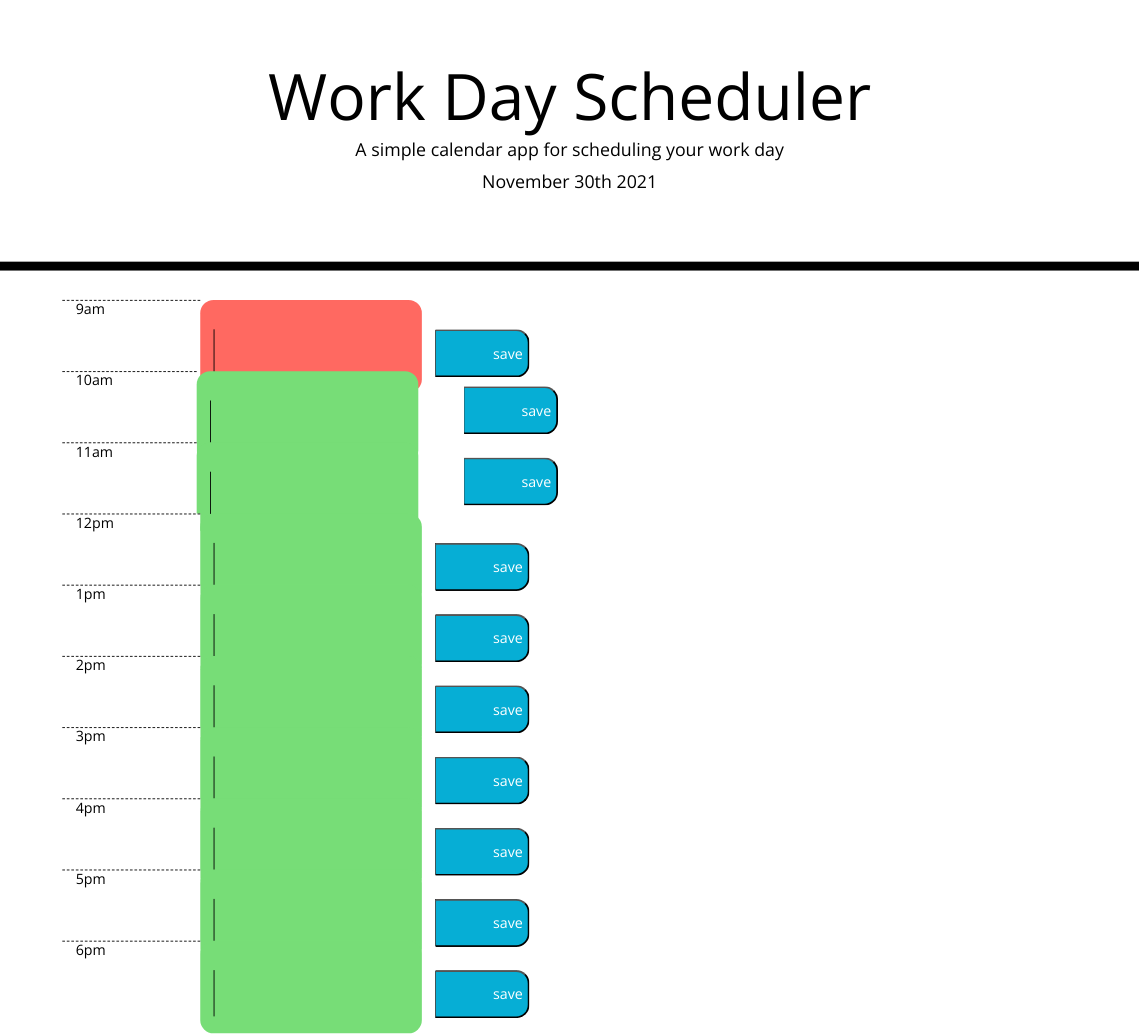
Repository: Naomilounsbury/work-day-scheduler
Page: index.html
An editor plug-in stored every save of this project. The page is shown before and after the next save, followed by the edit.
The browser window is 1280 px wide. The pictures show the whole page, at 89% of full size.
Some web libraries are served in a nearby version.

Above is the page before, as saved 2021-12-04 08:41:10.

### index.html
<!DOCTYPE html>
<html lang="en">
  <head>
    <meta charset="UTF-8" />
    <meta name="viewport" content="width=device-width, initial-scale=1.0" />
    <meta http-equiv="X-UA-Compatible" content="ie=edge" />
    <link
      rel="stylesheet"
      href="https://stackpath.bootstrapcdn.com/bootstrap/4.3.1/css/bootstrap.min.css"
    />
    <link
      rel="stylesheet"
      href="https://use.fontawesome.com/releases/v5.8.1/css/all.css"
      integrity="sha384-50oBUHEmvpQ+1lW4y57PTFmhCaXp0ML5d60M1M7uH2+nqUivzIebhndOJK28anvf"
      crossorigin="anonymous"
    />
    <link
      href="https://fonts.googleapis.com/css?family=Open+Sans&display=swap"
      rel="stylesheet"
    />
    <link rel="stylesheet" href="./assets/css/style.css" />
    <title>Work Day Scheduler</title>
  </head>

  <body>
    <header class="jumbotron">
      <h1 class="display-3">Work Day Scheduler</h1>
      <p class="lead">A simple calendar app for scheduling your work day</p>
      <p id="currentDay" class="lead"></p>
    </header>
    <div class="container">
      <!-- Timeblocks go here -->
      <table>
        <tr class="row ">
          <td class="hour col">9am</td>
          <td class="time-block col" id="9">
            <textarea id="btn9" type="text">

          </textarea>
          </td>
          <td class="col">
            <button class = "saveBtn" value="9" onclick=onSave(event)>
              save
            </button>
          </td>
        </tr>
        <tr class="row">
          <td class="hour col">10am</td>
          <td class="time-block col" id="10">
            <textarea id = "btn10">
            </textarea>
          </td>
          <td col>
            <button class = "saveBtn" value="10" onclick=onSave(event)>
              save
            </button>
          </td>
        </tr>
        <tr class="row">
          <td class="hour col">11am</td>
          <td class="time-block col" id="11">
            <textarea>
            </textarea>
          </td>
          <td col>
            <button class = "saveBtn" value="11" onclick=onSave(event)>
              save
            </button>
          </td>
        </tr>
        <tr class="row">
          <td class="hour col">12pm</td>
          <td class="time-block col" id="12">
            <textarea>
            </textarea>
          </td>
          <td class="col">
            <button class = "saveBtn" value="12" onclick=onSave(event)>
              save
            </button>
          </td>
        </tr>
        <tr class="row">
          <td class="hour col">1pm</td>
          <td class="time-block col" id="13">
            <textarea>
            </textarea>
          </td>
          <td class="col">
            <button class = "saveBtn" value="13" onclick=onSave(event)>
              save
            </button>
          </td>
        </tr>
        <tr class="row">
          <td class="hour col">2pm</td>
          <td class="time-block col" id="14">
            <textarea>
            </textarea>
          </td>
          <td class="col">
            <button class="saveBtn" value="14" onclick=onSave(event)>
              save
            </button>
          </td>
        </tr>
        <tr class="row">
          <td class="hour col">3pm</td>
          <td class="time-block col" id="15">
          <textarea>
          </textarea>
          </td>
          <td class="col">
            <button class = "saveBtn" value="15" onclick=onSave(event)>
              save
            </button>
          </td>
        </tr>
        <tr class="row">
          <td class="hour col">4pm</td>
          <td class="time-block col" id="16">
            <textarea>
            </textarea>
          </td>
          <td class= "col">
            <button class = "saveBtn" value="16" onclick=onSave(event)>
              save
            </button>
          </td>
        </tr>
        <tr class="row">
          <td class="hour col">5pm</td>
          <td class="time-block col" id="17">
            <textarea>
            </textarea>
          </td>
          <td class="col">
            <button class = "saveBtn" value="17" onclick=onSave(event)>
              save
            </button>
          </td>
        </tr>
        <tr class="row">
          <td class="hour col">6pm</td>
          <td class="time-block col" id="18">
            <textarea>
            </textarea>
          </td>
          <td class="col">
            <button class = "saveBtn" value="18" onclick=onSave(event)>
              save
            </button>
          </td>
        </tr>
      </table>
    </div>

    <script src="https://code.jquery.com/jquery-3.4.1.min.js"></script>
    <script src="https://cdnjs.cloudflare.com/ajax/libs/moment.js/2.24.0/moment.min.js"></script>
    <script src="assets/js/script.js"></script>
</body>
</html>

### assets/css/style.css
body {
  font-family: 'Open Sans', sans-serif;
  font-size: 16px;
  line-height: 1;
}

textarea{
  background: transparent;
  border: none;
  resize: none;
  color: #000000;
  border-left: 1px solid black;
  padding: 10px;
}

.jumbotron {
  text-align: center;
  background-color: transparent;
  color: black;
  border-radius: 0;
  border-bottom: 10px solid black;
}

.description{
  white-space: pre-wrap;
}

.time-block{
  text-align: center;
  border-radius: 15px;
}

.row {
  white-space: pre-wrap;
  height: 80px;
  border-top: 1px solid white;;
}

.hour {
  background-color: #ffffff;
  color: #000000;
  border-top: 1px dashed #000000;
}

.past {
  background-color: #d3d3d3;
  color: white;
}

.present {
  background-color: #ff6961;
  color: white;
}

.future {
  background-color: #77dd77;
  color: white;
}

.saveBtn {
  border-left: 1px solid black;
  border-top-right-radius: 15px;
  border-bottom-right-radius: 15px;
  background-color: #06AED5;
  color: white;
}

.saveBtn i:hover {
  font-size: 20px;
  transition: all .3s ease-in-out;
}

### assets/js/script.js
//using moment to get the current time
currentTime = moment();
//connected it to the current day spot in the html
currentDayEl = document.querySelector("#currentDay");
var displayDate = currentTime.format('MMMM Do YYYY');
//var saveBtns = document.querySelectorAll(".saveBtn");
//backticks are a way of adding dynamic things into a string when used with a dollar sign


currentDayEl.innerText = displayDate
//going to get my timeblock element
timeBlockEl = document.querySelectorAll(".time-block");
//made a function called checkTime to check the current time to compare with the time on the scheduler
var checkTime = function(currentEl){
    //will maybe hit a block because will use 24 hours as ids but if the current time that I chose from moment is 12 hours they wont match up
    var timeBlock = moment().hour(parseInt(currentEl.id))
    console.log(timeBlock)
    //if the block hour id is less than the current time hour we return the class name past
    if (timeBlock.hour() < currentTime.hour()){
        return "past"
    }
    if (timeBlock.hour() > currentTime.hour()){
        return "future"
    }
    if (timeBlock.hour()=== currentTime.hour()){
        return "present"
    }

    //if element is in the past return past
    //if element is in the future return future
    //if element is in the present return present
}
for(i=0; i<=timeBlockEl.length-1; i++){
    //timeblock elements already have the class timeblock. If we just replaced the class with future or present
    //it would erase the class, so we want to add to the class
    //check time returns the new class
    //this creates regular time-block class with past future or present added to it. like when it returns past = "time-block past"

    timeBlockEl[i].className = timeBlockEl[i].className + " " + checkTime(timeBlockEl[i])
console.log(checkTime(timeBlockEl[i]))
}
//we need a function to show us whats happening using the word on because it runs on an event
var onSave = function(event){
    console.log(event.target)
    //so I couldn't figure out why it wasn't pulling the value of the textarea
    //so we looked at w3schools and they said add a .value which honestly should have been intuitive
    //we are using backticks here hecause we want to dynamically change the id and if they click on 10, we want the id to reflect number 10
    //inside the ${} is code that will later be evaulated to a string depending on the button clicked
    console.log(document.querySelector(`#btn${event.target.value}`).value)
    if(document.querySelector(`#btn${event.target.value}`).value){
        //originally put event.target.id but then we realized we didn't have a id on the freaken button but
        //what we did have was a value so we did .value
        var timeBlockEvent = document.querySelector(`#btn${event.target.value}`).value
        localStorage.setItem(`${event.target.value}`, timeBlockEvent)

    }

}
document.querySelector(".saveBtn");

// saveData.addEventListener("click", function () {
//     var i = textarea.value
//     console.log()
//     var object = {
//         //key value pair, key being the name of the property within the object, the value being the actual data or content
//         hour: hour, text: text

//     }
    //pushing my scores onto my array
    // highScores.push(object)
    // //making my high scores object into a string
    // localStorage.setItem("highScores", JSON.stringify(highScores))

After the next save:
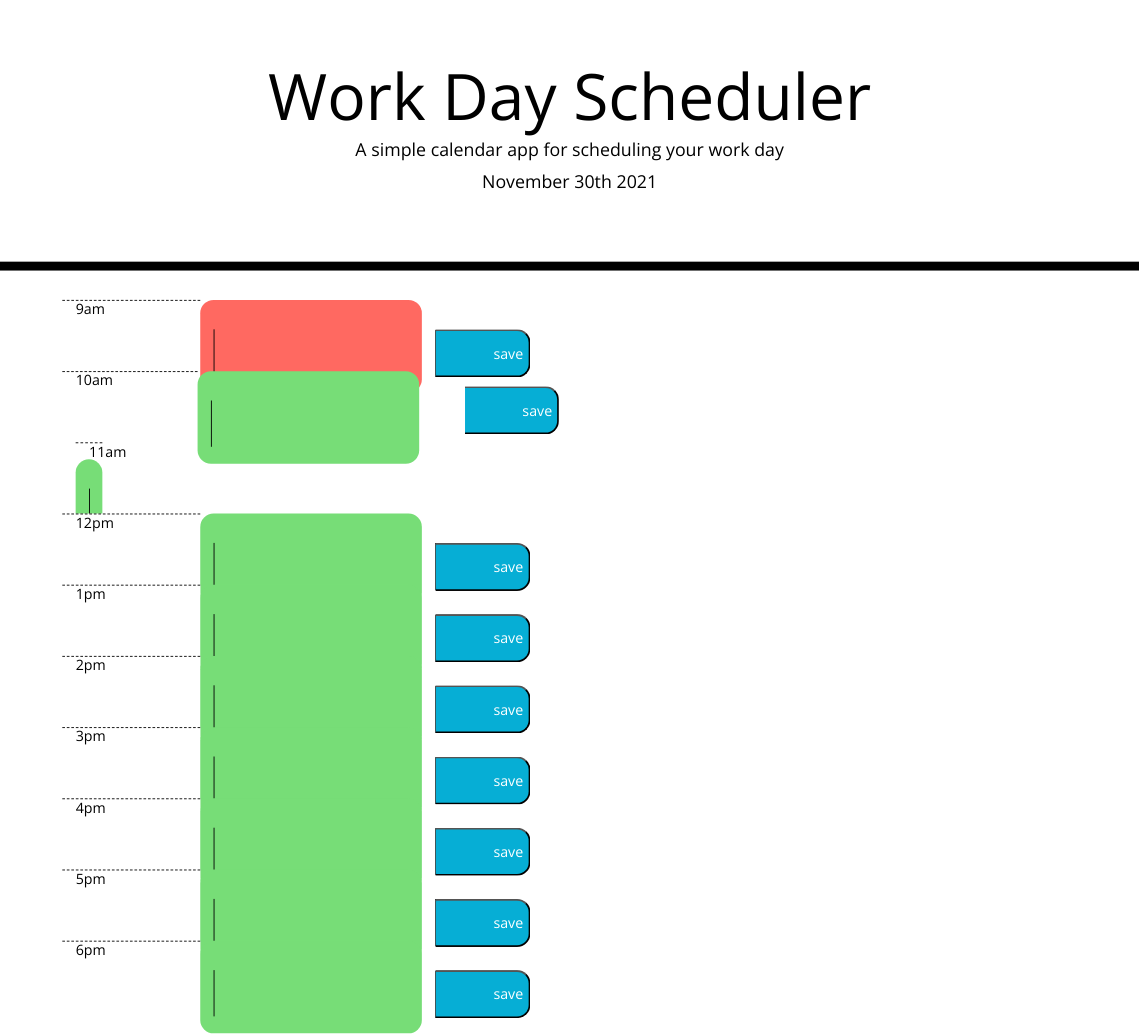
Saved 5 min 31 s later.
--- a/index.html
+++ b/index.html
@@ -56,7 +56,7 @@
             </button>
           </td>
         </tr>
-        <tr class="row">
+        <tr class="row col-1">
           <td class="hour col">11am</td>
           <td class="time-block col" id="11">
             <textarea>
